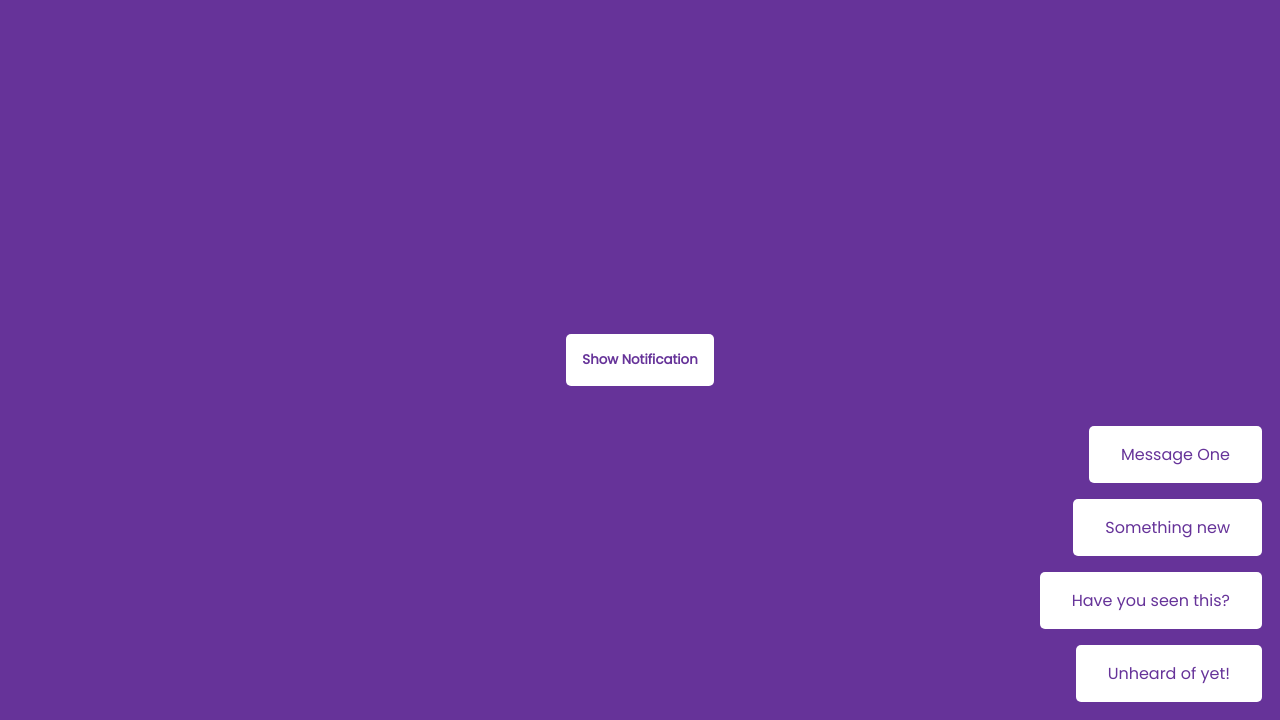
Repository: eagle-tex/50-projects-BT
Page: 27-toast-notification/index.html
These files come from the project's save history. The page is drawn as it stood at one moment and after the next save; the edit follows.
The browser window is 1280 px wide. The pictures show the whole page.

Above is the page before, as saved 2021-01-19 22:21:44.

After the next save:
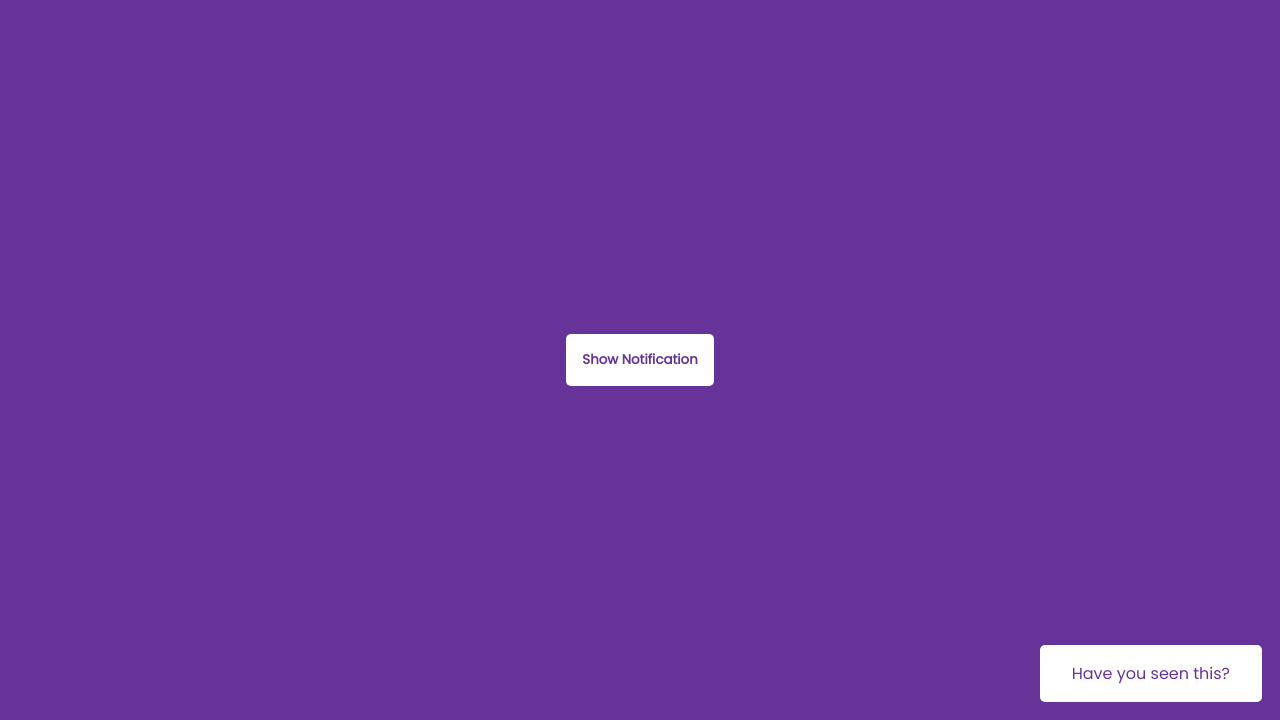
Saved 2 min 52 s later.
--- a/27-toast-notification/script.js
+++ b/27-toast-notification/script.js
@@ -10,14 +10,15 @@ const messages = [
 ];
 
 function createNotification() {
-  messages.forEach((message) => {
+  const message = messages[Math.floor(Math.random() * messages.length)];
+  setTimeout(() => {
     const toast = document.createElement('div');
     toast.classList.add('toast');
     toast.innerText = message;
     toast.style.right = 10;
     toast.style.bottom = 10;
     toasts.appendChild(toast);
-  });
+  }, 1000);
 }
 
 button.addEventListener('click', createNotification());
